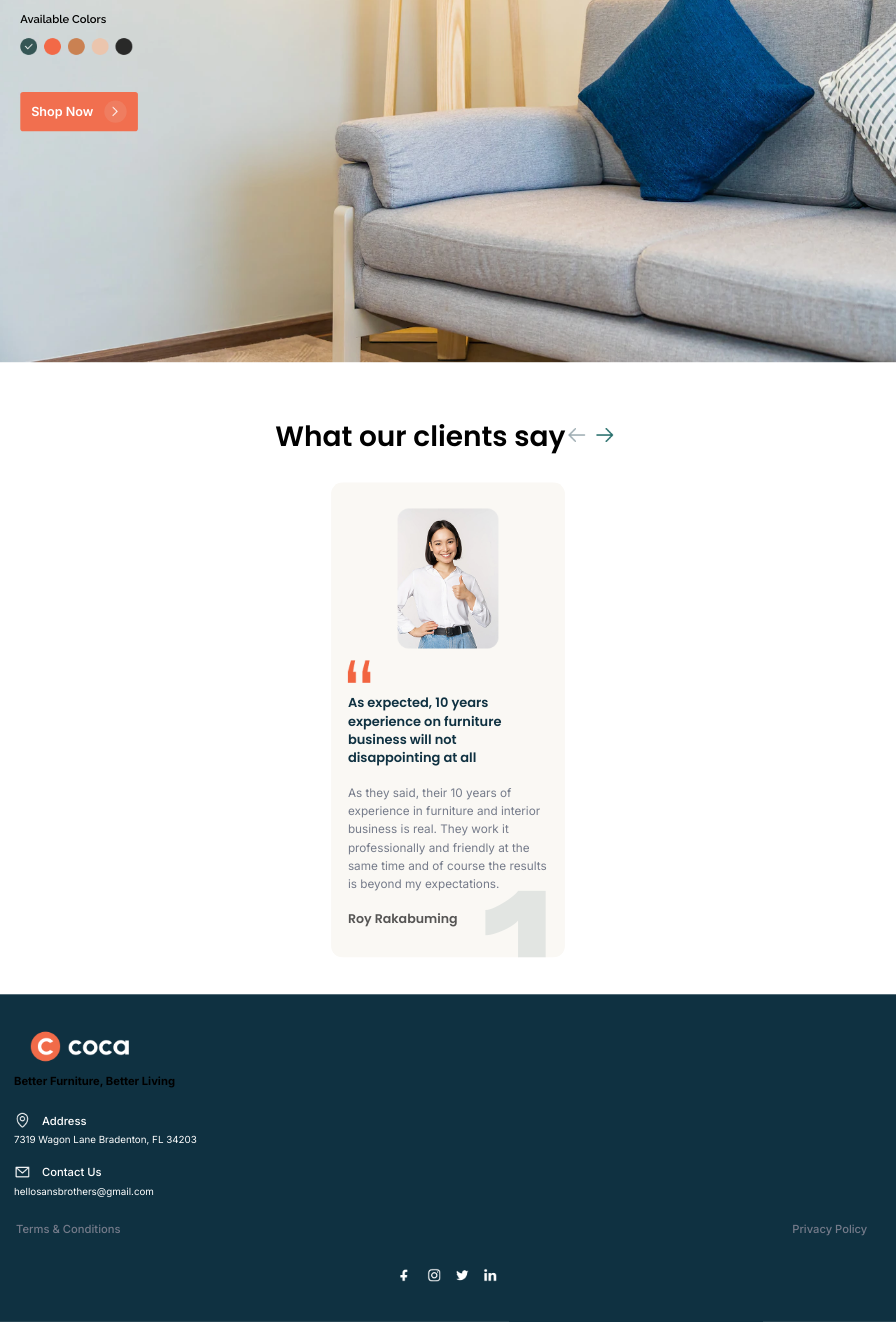
Repository: MatheusEich15/FrontEnd
Page: Prova 1 FrontEnd/Prova 1 FrontEnd/index.html
These files come from the project's save history. The page is drawn as it stood at one moment and after the next save; the edit follows.
The browser window is 1280 px wide. The pictures show the part of the page from y = 3029 to 4949 px (the page is 4917 px tall before and 4949 px after), at 70% of full size.

Above is the page before, as saved 2026-03-13 12:26:15.

### Prova 1 FrontEnd/Prova 1 FrontEnd/index.html
<!DOCTYPE html>

<html lang="en">

<head>
    <meta charset="UTF-8">
    <meta name="viewport" content="width=device-width, initial-scale=1.0">
    <title>Coca</title>
    <link rel="stylesheet" href="style.css">
    <!--  -->
</head>

<body>

    <header>

        <div id="links-header"> <!-- div para links do lado esquerdo -->
            <div id="logo-header"><img src="./assets/images/Logo-images/Logo.png" alt="Logo"></div>
            <nav>
                <ul>
                    <li><a href="#"><span>About</span></a></li>
                    <li><a href="#">Blog</a></li>
                    <li><a href="#">Contact</a></li>
                </ul>
            </nav>
        </div>
        <div id="btn-header"> <!-- div para links do lado direito -->
            <a id="sign-in-btn" href="#">Sign In</a>
            <button><img src="./assets/icons/Menu.png" alt="Menu"></button>
        </div>

    </header>

    <main>

        <section id="introduction"> <!-- Introdução ao site -->
            <div id="introduction-content">
                <h3>Explore any kind of furnitures</h3>
                <h1>Better Furniture <br>
                    Better Living</h1>
                <div id="introduction-btn">
                    <a href="#">Check our projects</a>
                    <div id="right-arrow"><img src="./assets/icons/Short Right Arrow.png" alt="Seta"></div>
                </div>
            </div>
        </section>

        <section id="about"> <!-- Sobre o site -->
            <div id="title-about">
                <h2>What we provide</h2>
            </div>
            <div id="about-items"> <!-- Informações básicas -->
                <div class="about-item">
                    <img src="./assets/icons/Home.png" alt="Ícone de Home">
                    <h3>10 years of experience <br>
                        in furniture business</h3>
                    <p>We’re already established since 2012, and <br>
                        in 10 years we have lots of positive <br>
                        reviews and achievements</p>
                    <div id="see-more-btn">
                        <a href="#">See more</a>
                        <img src="./assets/icons/Normal Right Arrow.png" alt="Seta">
                    </div>
                </div>
                <div class="about-item">
                    <img src="./assets/icons/Credit Card.png" alt="Ícone de Cartão de Crédito">
                    <h3>Afforable price with <br>
                        world class quality</h3>
                    <p>Our craftsmen have lots of experience <br>
                        dealing with crafting furnitures and some <br>
                        of them have world class quality</p>
                    <div id="see-more-btn">
                        <a href="#">See more</a>
                        <img src="./assets/icons/Normal Right Arrow.png" alt="Seta">
                    </div>
                </div>
                <div class="about-item">
                    <img src="./assets/icons/Thumbs Up.png" alt="Ícone de Polegares Para Cima">
                    <h3>Bring your ideas into <br>
                        a living product</h3>
                    <p>Besides you can buy the existing product, <br>
                        you can also consultate with us also to <br>
                        make your dream furniture</p>
                    <div id="see-more-btn">
                        <a href="#">See more</a>
                        <img src="./assets/icons/Normal Right Arrow.png" alt="Seta">
                    </div>
                </div>
            </div>
        </section>

        <section id="products"> <!-- Produtos disponíveis -->
            <div class="title-arrows">
                <h2>Best seller products</h2>
                <div class="title-btn">
                    <img src="./assets/icons/Normal Left Arrow Sells.png" alt="Seta">
                    <img src="./assets/icons/Normal Right Arrow Sells.png" alt="Seta">
                </div>
            </div>
            <div id="products-items">
                <div class="product-item">
                    <img src="./assets/images/Products-images/Cream Office Chair.png" alt="Cadeira de Escritório Cor Creme">
                    <p><span>Office Chair</span></p>
                    <h3>Cream Office Chair</h3>
                    <p>40 x 50 x 60</p>
                    <h4>$ 50,00</h4>
                </div>
                <div class="product-item">
                    <img src="./assets/images/Products-images/Celestra Grey Cabi.png" alt="Armário Pequeno Cor Cinza e Branco">
                    <p><span>Storage</span></p>
                    <h3>Celestra Grey Cabi...</h3>
                    <p>40 x 50 x 60</p>
                    <h4>$ 35,05</h4>
                </div>
                <div class="product-item">
                    <img src="./assets/images/Products-images/Fejka Artificial Plant.png" alt="Planta Artificial em Vaso Cor Cinza">
                    <p><span>Decoration</span></p>
                    <h3>Fejka Artificial Plant</h3>
                    <p>40 x 50 x 60</p>
                    <h4>$ 5,00</h4>
                </div>
                <div class="product-item">
                    <img src="./assets/images/Products-images/White Standing La.png" alt="Luminária Cor Branca">
                    <p><span>Lightings</span></p>
                    <h3>White Standing La...</h3>
                    <p>40 x 50 x 60</p>
                    <h4>$ 23,58</h4>
                </div>
                <div class="product-item">
                    <img src="./assets/images/Products-images/Brown Wood Table.png" alt="Mesa de Madeira Cor Marrom">
                    <p><span>Bedside Table</span></p>
                    <h3>Brown Wood Table</h3>
                    <p>40 x 50 x 60</p>
                    <h4>$ 23,58</h4>
                </div>
                <div class="product-item">
                    <img src="./assets/images/Products-images/Morliden Book Rac.png" alt="Armário Médio Moderno Cor Branca">
                    <p><span>Storage</span></p>
                    <h3>Morliden Book Rac...</h3>
                    <p>40 x 50 x 60</p>
                    <h4>$ 117,73</h4>
                </div>
            </div>
        </section>

        <section id="projects"> <!-- Demonstrações de projetos -->
            <div id="title-projects">
                <h2>Our latest project</h2>
            </div>
            <div id="projects-items">
                <div class="project-item">
                    <img src="./assets/images/Projects-images/Kitchen.png" alt="Demonstração de Cozinha">
                    <h3>KITCHEN</h3>
                    <p>Architech & Interior Design - 2023</p>
                </div>
                <div class="project-item">
                    <img src="./assets/images/Projects-images/Livingroom.png" alt="Demonstração de Sala de Estar">
                    <h3>LIVINGROOM</h3>
                    <p>Architech & Interior Design - 2023</p>
                </div>
                <div class="project-item">
                    <img src="./assets/images/Projects-images/Bedroom.png" alt="Demonstração de Quarto">
                    <h3>BEDROOM</h3>
                    <p>Architech & Interior Design - 2023</p>
                </div>
                <div class="project-item">
                    <img src="./assets/images/Projects-images/Bathroom.png" alt="Demonstração de Banheiro">
                    <h3>BATHROOM</h3>
                    <p>Architech & Interior Design - 2023</p>
                </div>
            </div>
            <div id="project-btn"> <!-- Seta do Desktop para ver mais projetos -->
                <img src="./assets/icons/Normal Right Arrow Projects.png" alt="Seta">
            </div>
        </section>

        <section id="news"> <!-- Novidades -->
            <div id="news-content">
                <h3>Newcomer Product</h3>
                <div class="title">
                    <h2>2 seater Sofa</h2>
                </div>
                <p>Lorem ipsum dolor sit amet, consectetur
                    adipiscing elit. Egestas luctus malesuada
                    et volutpat, pellentesque dignissim
                    suscipit.</p>
                <div id="available-colors">
                    <h4>Available Colors</h4>
                    <img src="./assets/images/News-images/Available Colors.png" alt="Cores Disponíveis">
                </div>
                <div id="news-btn">
                    <a href="#">Shop Now</a>
                    <div id="right-arrow"><img src="./assets/icons/Short Right Arrow.png" alt="Seta"></div>
                </div>
            </div>
        </section>

        <section id="testimonials">
            <div class="title-arrows">
                <h2>What our clients say</h2>
                <div class="title-btn">
                    <img src="./assets/icons/Normal Left Arrow Sells.png" alt="Seta">
                    <img src="./assets/icons/Normal Right Arrow Sells.png" alt="Seta">
                </div>
            </div>
            <div id="testimonials-card">
                <img id="testimonial-person" src="./assets/images/Testimonials-images/Testimonial Person.png" alt="Foto de pessoa">
                <div id="testimonials-content">
                    <img id="quotes" src="./assets/icons/Testimonial Person “.png" alt="Ícone de Aspas Duplas">
                    <h3>As expected, 10 years
                        experience on furniture
                        business will not disappointing
                        at all</h3>
                    <p>As they said, their 10 years of
                        experience in furniture and interior
                        business is real. They work it
                        professionally and friendly at the
                        same time and of course the results
                        is beyond my expectations.</p>
                    <h4>Roy Rakabuming</h4>
                    <div id="one-decorative">
                        <p>1</p>
                    </div>
                </div>
            </div>
        </section>

    </main>

    <footer>

        <div id="footer-top"> <!-- Parte superior à divisória do footer -->
            <div id="logo-footer"><img src="./assets/images/Logo-images/Footer Logo.png" alt="Logo"></div>
            <h4 id="p">Better Furniture, Better Living</h4>
            <div id="footer-contact">
                <div id="address">
                    <div id="address-title">
                        <img src="./assets/icons/Pin.png" alt="Marcador">
                        <h4>Address</h4>
                    </div>
                    <p>7319 Wagon Lane Bradenton, FL 34203</p>
                </div>
                <div id="contact-us">
                    <div id="contact-us-title">
                        <img src="./assets/icons/Envelope.png" alt="Envelope">
                        <h4>Contact Us</h4>
                    </div>
                    <p>hellosansbrothers@gmail.com</p>
                </div>
            </div>
            <div id="footer-links"> <!-- Links do footer -->
                <nav id="footer-website">
                    <h2>Website</h2>
                    <ul>
                        <li><a href="#">Home</a></li>
                        <li><a href="#">About Us</a></li>
                        <li><a href="#">Services</a></li>
                        <li><a href="#">Contact Us</a></li>
                    </ul>
                </nav>
                <nav id="footer-products">
                    <h2>Products</h2>
                    <ul>
                        <li><a href="#">Tables</a></li>
                        <li><a href="#">Chairs</a></li>
                        <li><a href="#">Storages</a></li>
                        <li><a href="#">Decorations</a></li>
                    </ul>
                </nav>
            </div>
        </div>
        <div id="footer-bottom"> <!-- Parte inferior à divisória do footer -->
            <div id="copyrights">
                <p>© Sans Brothers</p>
            </div>
            <div id="footer-policy-desktop">
                <p>Privacy and Terms</p>
                <p>Legal Notice</p>
                <p>Languanges</p>
            </div>
            <div id="footer-policy-mobile">
                <p>Terms & Conditions</p>
                <p>Privacy Policy</p>
            </div>
            <div id="footer-media">
                <img src="./assets/icons/Facebook Logo.png" alt="Logo do Facebook">
                <img src="./assets/icons/Instagram Logo.png" alt="Logo do Intagram">
                <img src="./assets/icons/Twitter Logo.png" alt="Logo do Twitter">
                <img src="./assets/icons/Linkedin Logo.png" alt="Logo do Linkedin">
            </div>
        </div>

    </footer>

</body>

</html>

Loaded but not shown: Prova 1 FrontEnd/Prova 1 FrontEnd/style.css (592 lines, source omitted)

After the next save:
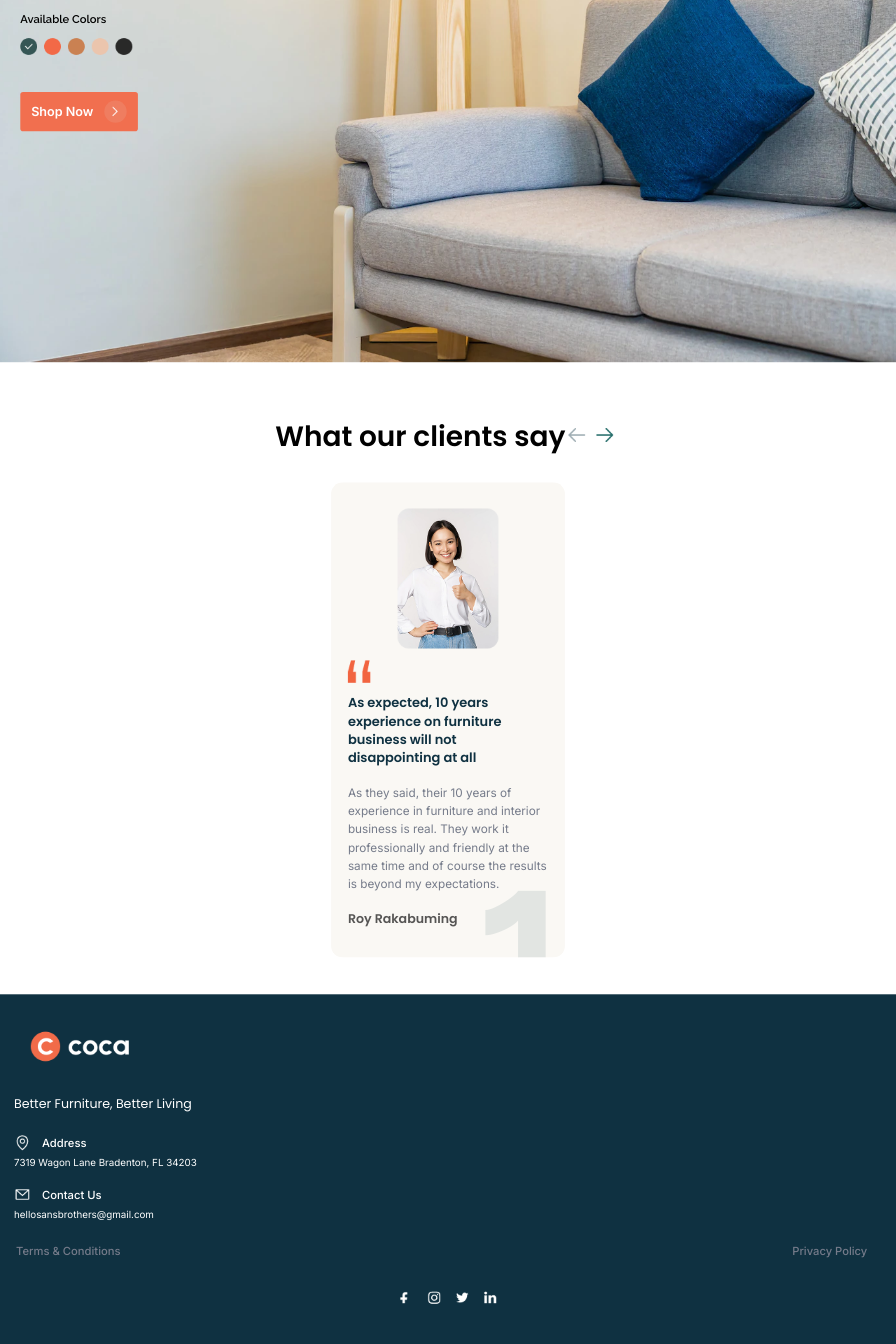
Saved 4 s later.
--- a/Prova 1 FrontEnd/Prova 1 FrontEnd/index.html
+++ b/Prova 1 FrontEnd/Prova 1 FrontEnd/index.html
@@ -231,7 +231,7 @@
 
         <div id="footer-top"> <!-- Parte superior à divisória do footer -->
             <div id="logo-footer"><img src="./assets/images/Logo-images/Footer Logo.png" alt="Logo"></div>
-            <h4 id="p">Better Furniture, Better Living</h4>
+            <h4 id="phrase">Better Furniture, Better Living</h4>
             <div id="footer-contact">
                 <div id="address">
                     <div id="address-title">
